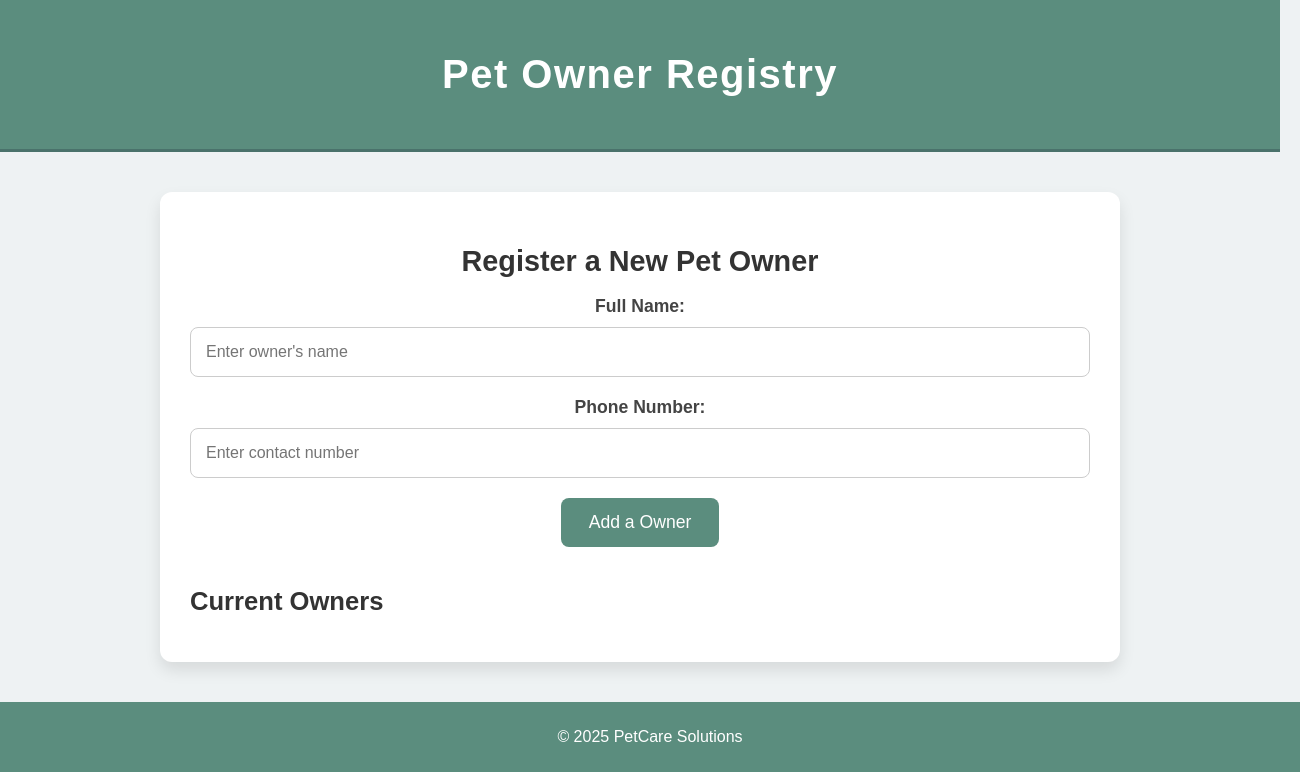
Repository: abirami1105/repoA
Page: PetClinicApplication/src/main/resources/static/owner.html
These files come from the project's save history. The page is drawn as it stood at one moment and after the next save; the edit follows.
The browser window is 1280 px wide. The page is 1300 px wide, so the pictures cover 1300 px, including what lies to the right of the window. The pictures show the whole page.
The page's requests for data from a server got no answer.

Above is the page before, as saved 2025-01-02 18:37:08.

### PetClinicApplication/src/main/resources/static/owner.html
<!DOCTYPE html>
<html lang="en">
<head>
    <meta charset="UTF-8">
    <meta name="viewport" content="width=device-width, initial-scale=1.0">
    <title>Pet Owner Registry</title>
    <style>
        body {
            font-family: 'Arial', sans-serif;
            background-color: #eef2f3;
            margin: 0;
            padding: 0;
        }

        header {
            background-color: #5b8d7e;
            color: white;
            padding: 25px 0;
            text-align: center;
            border-bottom: 3px solid #4a726b;
        }

        header h1 {
            font-size: 2.5rem;
            letter-spacing: 1.5px;
        }

        .container {
            max-width: 900px;
            margin: 40px auto;
            padding: 30px;
            background-color: #ffffff;
            border-radius: 12px;
            box-shadow: 0 8px 16px rgba(0, 0, 0, 0.1);
        }

        .form-container {
            margin-bottom: 35px;
            text-align: center;
        }

        .form-container h2 {

            color: #333;
            font-size: 1.8rem;
            margin-bottom: 18px;
        }

        .form-container label {
            display: block;
            margin-bottom: 10px;
            font-size: 1.1rem;
            font-weight: bold;
            color: #444;
        }

        .form-container input {
            width: 100%;
            padding: 15px;
            font-size: 1rem;
            border-radius: 8px;
            border: 1px solid #ccc;
            margin-bottom: 20px;
            box-sizing: border-box;
            transition: all 0.3s ease;
        }

        .form-container input:focus {
            border-color: #5b8d7e;
            outline: none;
        }

        .form-container button {
            background-color: #5b8d7e;
            color: white;
            padding: 14px 28px;
            font-size: 1.1rem;
            border: none;
            border-radius: 8px;
            cursor: pointer;
            transition: background-color 0.3s ease;
        }

        .form-container button:hover {
            background-color: #4a726b;
        }

        .owner-list {
            margin-top: 40px;
        }

        .owner-list h3 {
            font-size: 1.6rem;
            color: #333;
            margin-bottom: 15px;
        }

        .owner-list ul {
            list-style: none;
            padding: 0;
        }

        .owner-list li {
            background-color: #f7f9fa;
            padding: 15px;
            margin-bottom: 12px;
            border-radius: 8px;
            box-shadow: 0 4px 6px rgba(0, 0, 0, 0.1);
            display: flex;
            justify-content: space-between;
            align-items: center;
            font-size: 1rem;
            color: #333;
        }

        .owner-list li span {
            font-weight: bold;
            color: #5b8d7e;
        }

        footer {
            background-color: #5b8d7e;
            color: white;
            text-align: center;
            padding: 10px;
            position: relative;
            bottom: 0;
            width: 100%;
            margin-top: 40px;
        }

    </style>
</head>
<body>

<header>
    <h1>Pet Owner Registry</h1>
</header>

<div class="container">
    <div class="form-container">
        <h2>Register a New Pet Owner</h2>
        <form id="ownerForm">
            <label for="name">Full Name:</label>
            <input type="text" id="name" name="name" placeholder="Enter owner's name" required>

            <label for="contact">Phone Number:</label>
            <input type="text" id="contact" name="contact" placeholder="Enter contact number" required>

            <button type="submit">Add a Owner</button>
        </form>
    </div>

    <div class="owner-list">
        <h3>Current Owners</h3>
        <ul id="ownerList"></ul>
    </div>
</div>

<footer>
    <p>&copy; 2025 PetCare Solutions</p>
</footer>

<script>
    document.getElementById("ownerForm").addEventListener("submit", function(event) {
        event.preventDefault();

        const ownerData = {
            name: document.getElementById("name").value,
            contact: document.getElementById("contact").value
        };

        fetch("/owners", {
            method: "POST",
            headers: {
                "Content-Type": "application/json"
            },
            body: JSON.stringify(ownerData)
        })
        .then(response => response.json())
        .then(owner => {
            alert("Owner successfully registered!");
            loadOwners(); // Reload the list of owners after adding a new one
        });
    });

    function loadOwners() {
        fetch("/owners")
            .then(response => response.json())
            .then(owners => {
                const ownerList = document.getElementById("ownerList");
                ownerList.innerHTML = "";
                owners.forEach(owner => {
                    const listItem = document.createElement("li");
                    listItem.innerHTML = `
                        <span>${owner.name}</span> - ${owner.contact}
                    `;
                    ownerList.appendChild(listItem);
                });
            });
    }

    loadOwners(); // Load owners when the page is first loaded
</script>

</body>
</html>

After the next save:
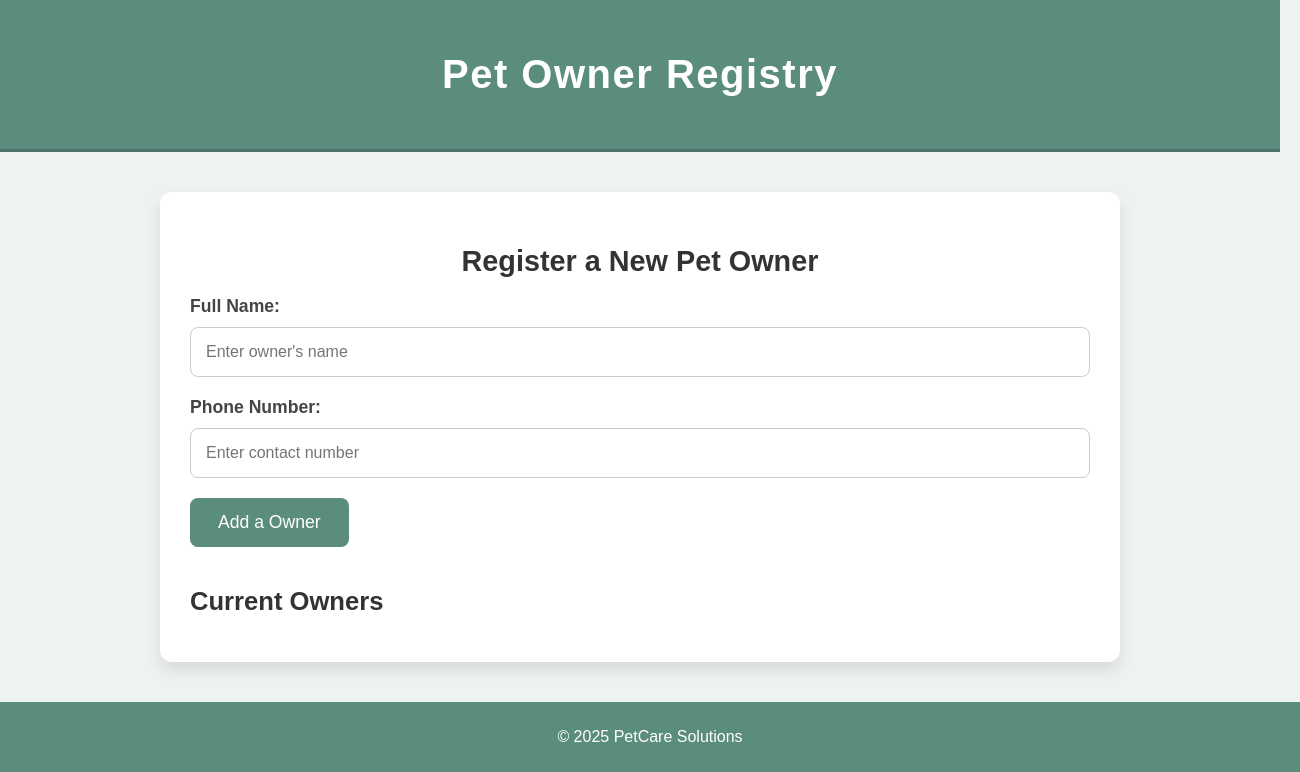
Saved 25 s later.
--- a/PetClinicApplication/src/main/resources/static/owner.html
+++ b/PetClinicApplication/src/main/resources/static/owner.html
@@ -36,11 +36,10 @@
 
         .form-container {
             margin-bottom: 35px;
+        }
+
+        .form-container h2 {
             text-align: center;
-        }
-
-        .form-container h2 {
-
             color: #333;
             font-size: 1.8rem;
             margin-bottom: 18px;
